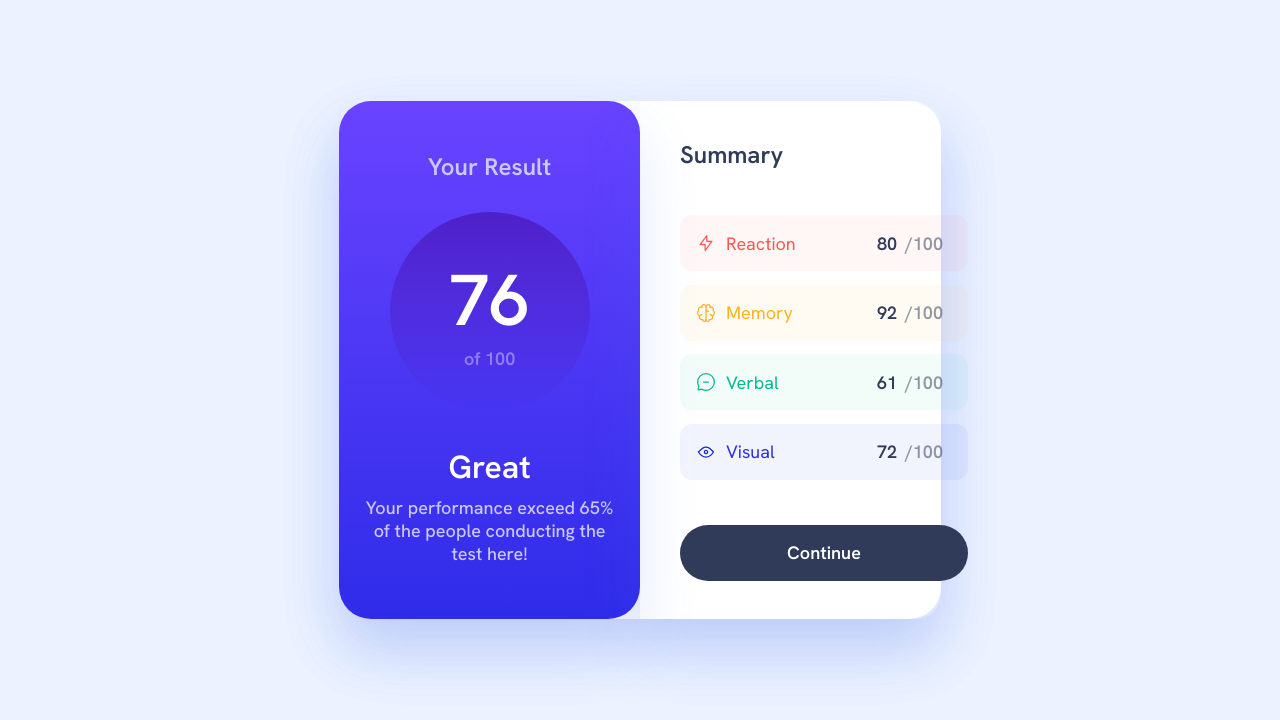
Repository: KamoliddinGIT/result-summary
Page: index.html
These files come from the project's save history. The page is drawn as it stood at one moment and after the next save; the edit follows.
The browser window is 1280 px wide. The pictures show the whole page.

Above is the page before, as saved 2023-09-08 16:38:08.

### index.html
<!DOCTYPE html>
<html lang="en">
  <head>
    <meta charset="UTF-8" />
    <meta name="viewport" content="width=device-width, initial-scale=1.0" />
    <link
      rel="icon"
      type="image/png"
      sizes="32x32"
      href="./assets/images/favicon-32x32.png"
    />
    <link rel="stylesheet" href="css/style.css" />
    <link rel="preconnect" href="https://fonts.googleapis.com" />
    <link rel="preconnect" href="https://fonts.gstatic.com" crossorigin />
    <link
      href="https://fonts.googleapis.com/css2?family=Hanken+Grotesk:wght@400;500;600&display=swap"
      rel="stylesheet"
    />
    <title>Results summary component</title>
  </head>
  <body>
    <div class="container">
      <div class="result-box">
        <h1 class="result__heading">Your Result</h1>
        <div class="result__score">
          <h1>76</h1>
          <span>of 100</span>
        </div>
        <div class="result__comment">
          <h1>Great</h1>
          <p>
            Your performance exceed 65% of the people conducting the test here!
          </p>
        </div>
      </div>
      <div class="summary-box">
        <h1 class="summary__title">Summary</h1>
        <div class="summary__stats">
          <li class="summary__stats__item__1">
            <img src="./assets/images/icon-reaction.svg" alt="logo" />
            <h2>Reaction</h2>
            <h3>80<span>/100</span></h3>
          </li>
          <li class="summary__stats__item__2">
            <img src="./assets/images/icon-memory.svg" alt="logo" />
            <h2>Memory</h2>
            <h3>92<span>/100</span></h3>
          </li>
          <li class="summary__stats__item__3">
            <img src="./assets/images/icon-verbal.svg" alt="logo" />
            <h2>Verbal</h2>
            <h3>61<span>/100</span></h3>
          </li>
          <li class="summary__stats__item__4">
            <img src="/assets/images/icon-visual.svg" alt="logo" />
            <h2>Visual</h2>
            <h3>72<span>/100</span></h3>
          </li>
        </div>
        <a href="#" class="summary__btn"> Continue </a>
      </div>
    </div>

    <script src="js/index.js"></script>
  </body>
</html>

### css/style.css
* {
  margin: 0;
  padding: 0;
  box-sizing: border-box;
}

body {
  display: flex;
  flex-direction: column;
  justify-content: center;
  align-items: center;
  height: 100vh;
  padding: 0;
  margin: 0;
  font-family: "Hanken Grotesk", "Arial", sans-serif;
  font-size: 18px;
  font-weight: 500;
  line-height: normal;
  background-color: #ecf2ff;
  color: #303b59;
}

.container {
  width: 47%;
  display: flex;
  justify-content: center;
  align-items: center;
  height: 72%;
  background-color: #ffffff;
  box-shadow: 0px 30px 60px 0px rgba(61, 108, 236, 0.15);
  border-radius: 32px;
}

.result-box {
  width: 50%;
  height: 100%;
  border-radius: 32px;
  box-shadow: 0px 30px 60px 0px rgba(61, 108, 236, 0.15);
  background-image: linear-gradient(
    180deg,
    #75f 0%,
    #6943ff 0.01%,
    #2f2ce9 100%
  );
  color: #cac9ff;
  box-shadow: 0px 30px 60px 0px rgba(61, 108, 236, 0.15);
  display: flex;

  flex-direction: column;
  align-items: center;
  justify-content: center;
  font-family: "Hanken Grotesk", "Arial", sans-serif;
  gap: 30px;
}

.summary-box {
  display: flex;
  flex-direction: column;
  align-items: start;
  padding-left: 40px;
  justify-content: space-evenly;
  width: 50%;
  height: 100%;
  border-radius: 0 25px 25px 0;
  box-shadow: 0px 30px 60px 0px rgba(61, 108, 236, 0.15);
}

.result__heading {
  font-size: 24px;
}

.result__score {
  display: flex;
  flex-direction: column;
  justify-content: center;
  align-items: center;
  width: 200px;
  height: 200px;
  border-radius: 50%;
  background-image: linear-gradient(
    180deg,
    #4d21c9 0%,
    rgba(37, 33, 201, 0) 100%,
    rgba(37, 33, 201, 0) 100%
  );
}

.result__score h1 {
  font-size: 72px;
  color: #ffffff;
}

.result__score span {
  color: #cac9ff;
  font-weight: 700;
  opacity: 0.5168;
  font-size: 18px;
}

.result__comment {
  display: flex;
  justify-content: space-around;
  align-items: center;
  flex-direction: column;
  text-align: center;
  width: 260px;
  height: 127px;
}

.result__comment h1 {
  font-size: 32px;
  color: #ffffff;
}

.result__comment p {
  font-size: 18px;
  color: #cac9ff;
  font-weight: 500;
  line-height: normal;
}

.summary__title {
  color: #303b59;
  font-size: 24px;
  font-weight: bold;
}

.summary__stats {
  width: 288px;
  height: 278px;
  display: flex;
  flex-direction: column;
  justify-content: space-around;
  align-items: start;
  list-style-type: none;
}

.summary__stats__item__1 {
  width: 100%;
  display: flex;
  gap: 10px;
  align-items: center;
  height: 56px;
  padding: 16px;
  background: rgba(255, 85, 85, 0.05);
  border-radius: 12px;
}

.summary__stats__item__1 h2 {
  width: 141px;
  font-size: 18px;
  color: #f55;
  font-weight: normal;
}

.summary__stats__item__1 h3 span {
  opacity: 0.5168;
  font-weight: bold;
  color: rgba(48, 59, 89, 0.5);
  font-size: 18px;
  color: #303b59;
  margin-left: 8px;
}

.summary__stats__item__1 h3 {
  color: #303b59;
  font-weight: bold;
  font-size: 18px;
}

.summary__stats__item__2 {
  width: 100%;
  display: flex;
  gap: 10px;
  align-items: center;
  height: 56px;
  padding: 16px;
  background: rgba(255, 178, 30, 0.05);
  border-radius: 12px;
}

.summary__stats__item__2 h2 {
  width: 141px;
  font-size: 18px;
  color: #ffb21e;
  font-weight: normal;
}

.summary__stats__item__2 h3 span {
  opacity: 0.5168;
  font-weight: bold;
  color: rgba(48, 59, 89, 0.5);
  font-size: 18px;
  color: #303b59;
  margin-left: 8px;
}

.summary__stats__item__2 h3 {
  color: #303b59;
  font-weight: bold;
  font-size: 18px;
}

.summary__stats__item__3 {
  width: 100%;
  display: flex;
  gap: 10px;
  align-items: center;
  height: 56px;
  padding: 16px;
  background: rgba(0, 187, 143, 0.05);
  border-radius: 12px;
}

.summary__stats__item__3 h2 {
  font-size: 18px;
  color: #00bb8f;
  font-weight: normal;
  width: 141px;
}

.summary__stats__item__3 h3 span {
  opacity: 0.5168;
  font-weight: bold;
  color: rgba(48, 59, 89, 0.5);
  font-size: 18px;
  color: #303b59;
  margin-left: 8px;
}

.summary__stats__item__3 h3 {
  color: #303b59;
  font-weight: bold;
  font-size: 18px;
}

.summary__stats__item__4 {
  width: 100%;
  display: flex;
  gap: 10px;
  align-items: center;
  height: 56px;
  padding: 16px;
  background: rgba(17, 37, 214, 0.05);
  border-radius: 12px;
}

.summary__stats__item__4 h2 {
  width: 141px;
  font-size: 18px;
  color: #2f2ce9;
  font-weight: normal;
}

.summary__stats__item__4 h3 span {
  opacity: 0.5168;
  font-weight: bold;
  color: rgba(48, 59, 89, 0.5);
  font-size: 18px;
  color: #303b59;
  margin-left: 8px;
}

.summary__stats__item__4 h3 {
  color: #303b59;
  font-weight: bold;
  font-size: 18px;
}

.summary__btn {
  width: 288px;
  height: 56px;
  border-radius: 128px;
  background: #303b59;
  display: flex;
  justify-content: center;
  align-items: center;
  text-decoration: none;
  color: white;
  font-weight: bold;
}

.summary__btn:hover {
  background: linear-gradient(180deg, #75f 0%, #6943ff 0.01%, #2f2ce9 100%);
  content: "";
  transition: opacity ease 0.3s;
}

.summary__btn:active {
  outline: 2px solid white;
  border: 2px solid white;
}

/* media */

@media only screen and (max-width: 740px) {
  .container {
    flex-direction: column;
    align-items: center;
  }
}

### js/index.js
"use strict";

const data = [
  {
    category: "Reaction",
    score: 80,
    icon: "img/icon-reaction.svg",
  },
  {
    category: "Memory",
    score: 92,
    icon: "img/icon-memory.svg",
  },
  {
    category: "Verbal",
    score: 61,
    icon: "img/icon-verbal.svg",
  },
  {
    category: "Visual",
    score: 72,
    icon: "img/icon-visual.svg",
  },
];

After the next save:
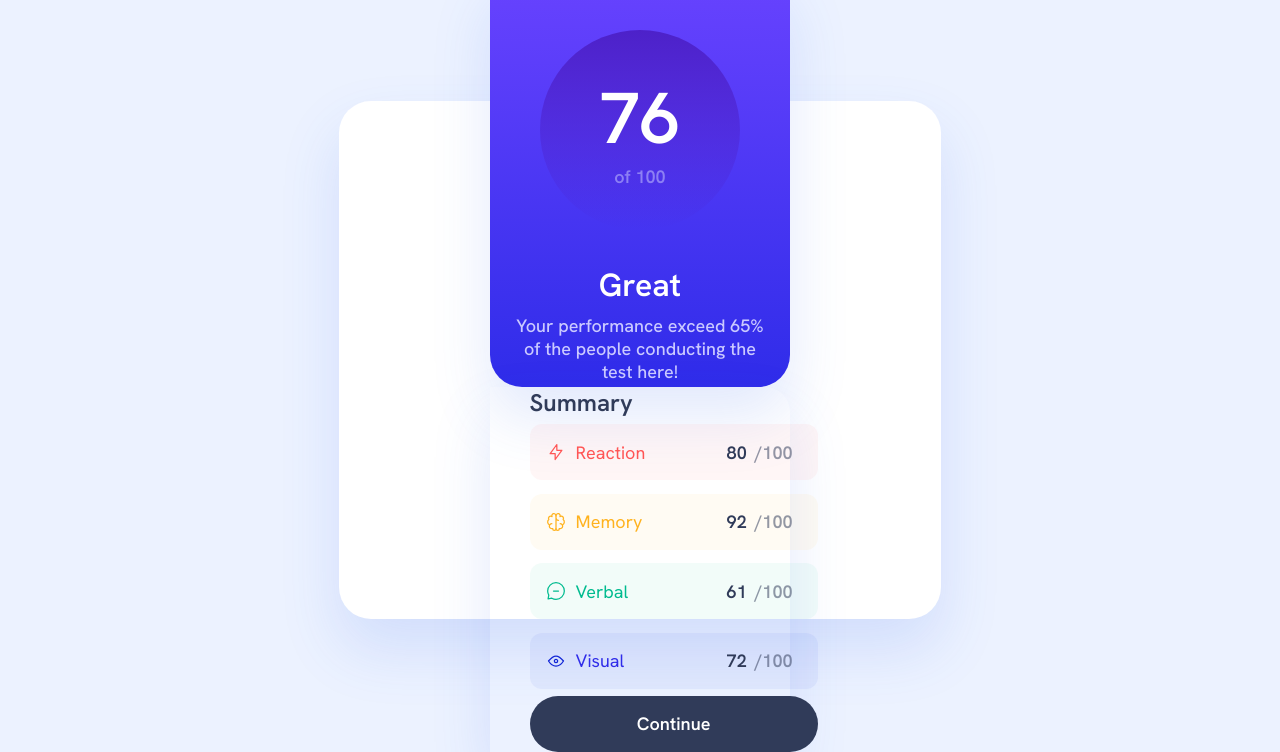
Saved 22 s later.
--- a/css/style.css
+++ b/css/style.css
@@ -299,3 +299,10 @@ body {
     align-items: center;
   }
 }
+
+@media only screen and (min-width: 740px) {
+  .container {
+    flex-direction: column;
+    align-items: center;
+  }
+}

After the save that followed:
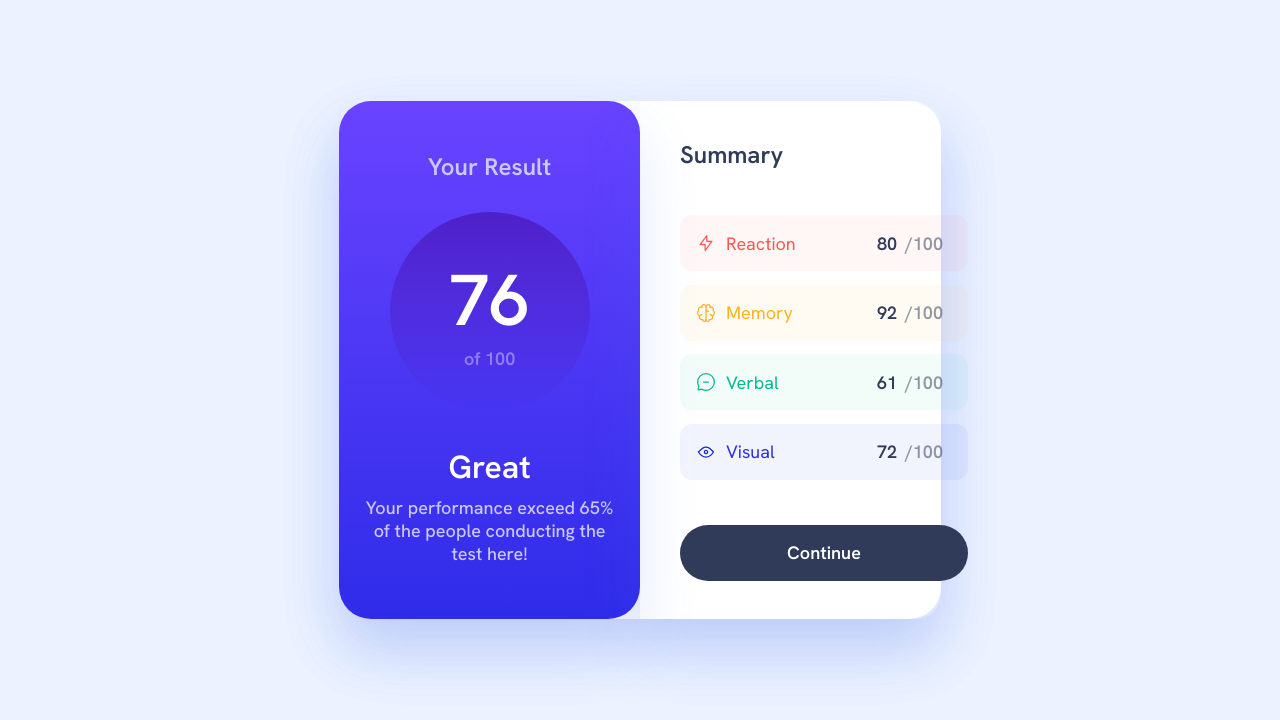
Saved 10 s later.
--- a/css/style.css
+++ b/css/style.css
@@ -302,7 +302,6 @@ body {
 
 @media only screen and (min-width: 740px) {
   .container {
-    flex-direction: column;
     align-items: center;
   }
 }
